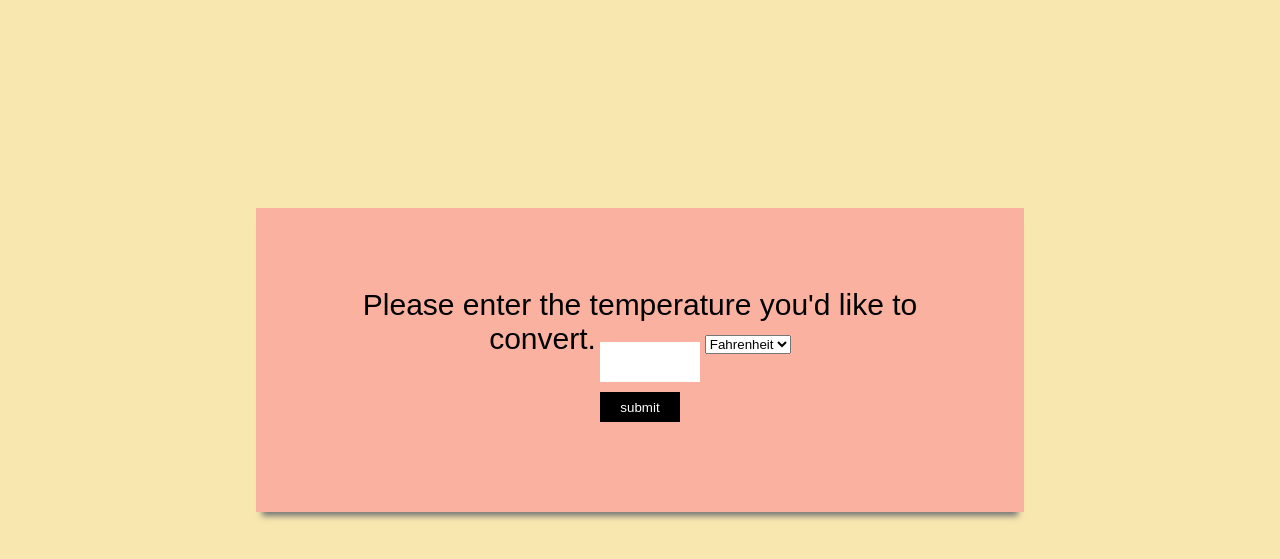
Repository: Mayur2905/OIBSIP
Page: Task-4/index.html
The author's editor kept a copy of each file at every save. The page is drawn from the files as they stood at one save, then again after the next save.
The browser window is 1280 px wide. The pictures show the whole page.

Above is the page before, as saved 2022-02-03 22:59:55.

### Task-4/index.html
<!DOCTYPE html>
<html lang="en">
<head>
    <meta charset="UTF-8">
    <meta http-equiv="X-UA-Compatible" content="IE=edge">
    <meta name="viewport" content="width=device-width, initial-scale=1.0">
    <title>Document</title>
    <link rel="stylesheet" href="style.css">
</head>
<body>
    <script type="text/javascript">
        function convert(){
            const temp = document.getElementById('temp').value;
            const ty = document.getElementById('type').value;
            if(ty == 'fah' )
            {
                var f = (temp*1.8)+32;
            }
            else{
                var f= (temp*1) + 273.15;
            }

            alert(f);

        }
    </script>
    <form id="tempCalc" onsubmit="convert(); return false">
        <label for="temp">Please enter the temperature you'd like to convert.</label>
        <input type="number" name="temp" id="temp">
        <select name="temp_diff" id="type">
            <option value="fah">Fahrenheit</option>
            <option value="Kel">Kelvin</option>
        </select><br/>
        <input id="btn" type="submit" value="submit" name="temp">
        <span id="resultContainer"></span>
    </form>
</body>
</html>

### Task-4/style.css
* {
  margin: 0;
  padding: 0;
  box-sizing: border-box;
  font-family: "Mulish", sans-serif;
}

body {
  width: 100vw;
  height: 100vh;
  background-color: #f8e7af;
  display: grid;
  align-items: center;
}

form {
  background-color: #fab1a0;
  padding: 80px;
  width: 60%;
  margin: 100px auto;
  text-align: center;
  box-shadow: 0 10px 6px -6px #777;
}

#tempCalc label {
  font-size: 30px;
}

#temp {
  border: none;
  padding: 10px;
  height: 40px;
  width: 100px;
  font-size: 20px;
  margin-top: 20px;
  vertical-align: top;
}

#temp_diff {
  height: 40px;
  border: none;
  margin-top: 20px;
  font-size: 15px;
  vertical-align: top;
}

#btn {
  background-color: black;
  height: 30px;
  width: 80px;
  color: white;
  margin: 10px;
  border: none;
}

After the next save:
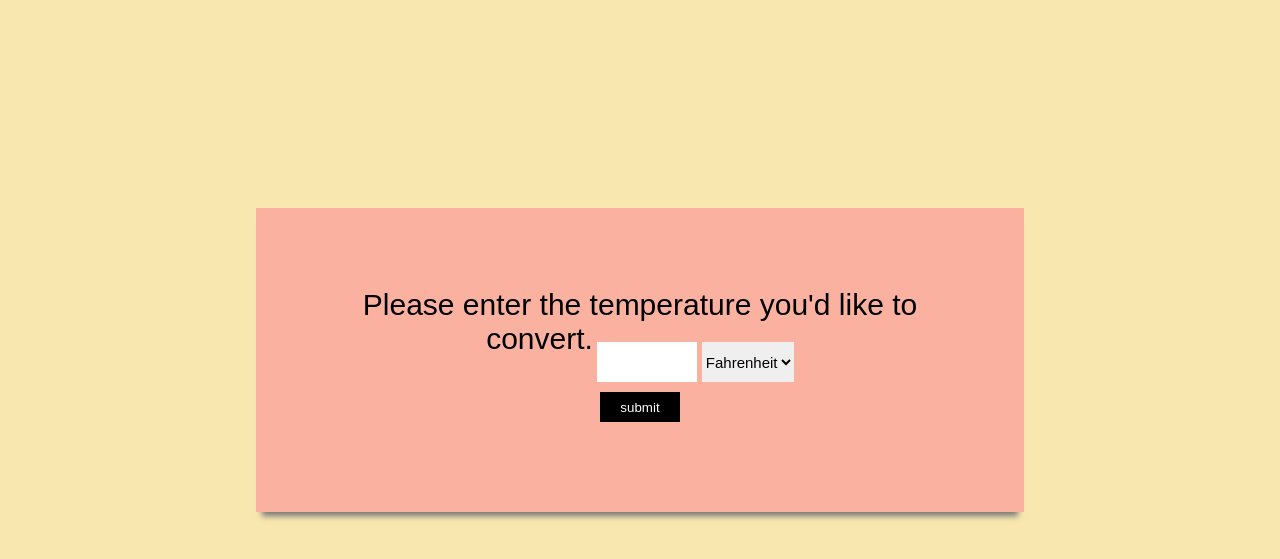
Saved 85 s later.
--- a/Task-4/style.css
+++ b/Task-4/style.css
@@ -36,7 +36,7 @@ form {
   vertical-align: top;
 }
 
-#temp_diff {
+#type {
   height: 40px;
   border: none;
   margin-top: 20px;
